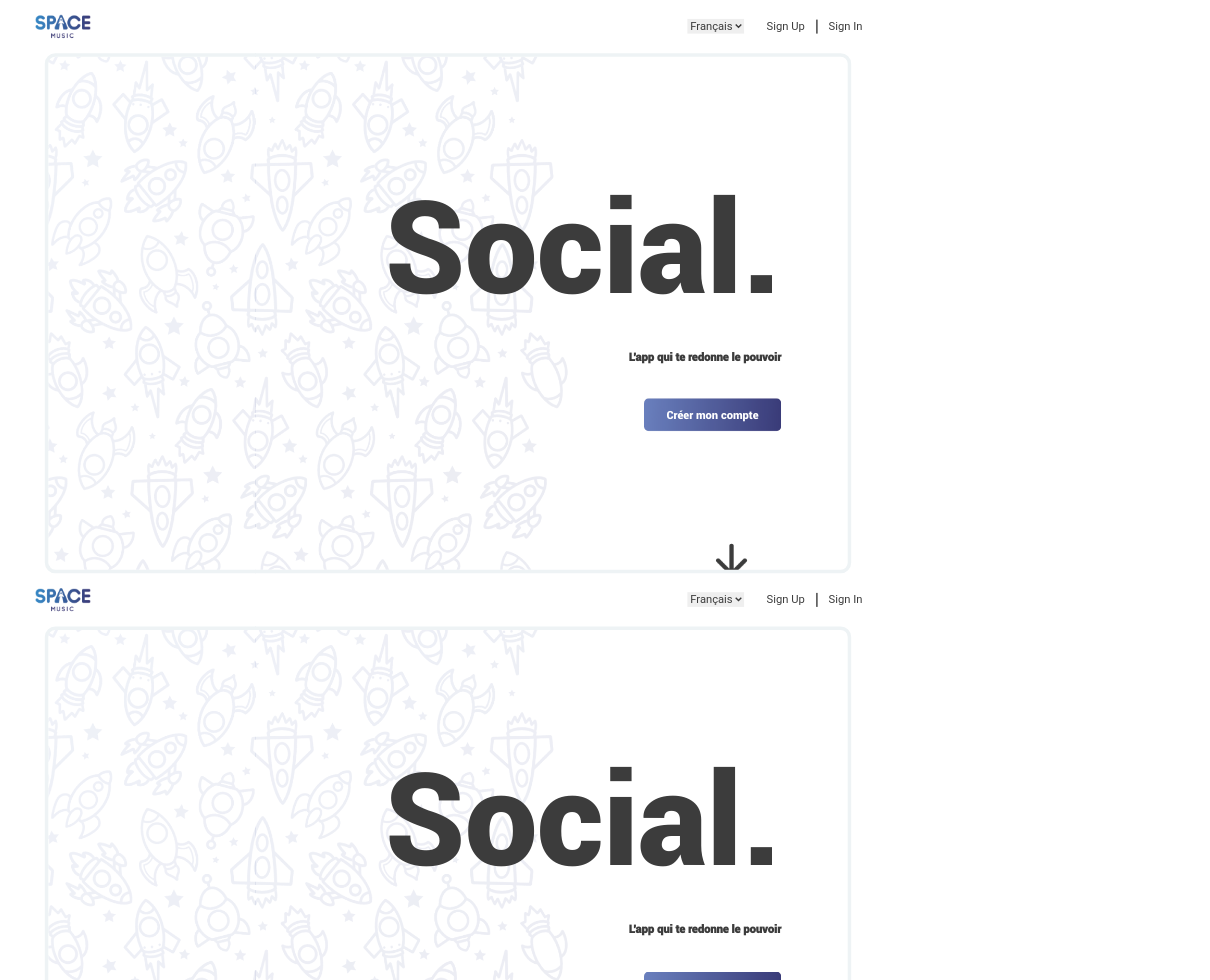
Repository: karalyh/landing-experts
Page: /
An editor plug-in stored every save of this project. The page is shown before and after the next save, followed by the edit.
The browser window is 1280 px wide. The page is 1729 px wide, so the pictures cover 1729 px, including what lies to the right of the window. The pictures show the part of the page from y = 0 to 1400 px (the page is 5176 px tall before and 3028 px after), at 70% of full size.
The project was rebuilt for these pictures with package versions that can differ from the ones it lists, and the page was loaded fresh each time. The framework's server and built-in components were replaced by stand-ins that run in the browser. Also part of the build but not shown: next.config.js.

Above is the page before, as saved 2022-09-23 10:21:13.

### pages/_app.tsx
import '../styles/globals.css'
import '../public/css/circles-animations.css'
import '../public/css/devices-view.css'
import  '@material-tailwind/react';
import type { AppProps } from 'next/app'
import LandingLayout from '../components/LandingLayout'

function MyApp({ Component, pageProps }: AppProps): JSX.Element {
  return (
    <LandingLayout>
      <Component {...pageProps} />
    </LandingLayout>
  )
}

export default MyApp

### pages/index.tsx
import type { NextPage } from 'next'

import NavBar from '../components/Navbar'
import Header from '../components/Header'
import Section1 from '../components/Section1'
import Section2 from '../components/Section2'
import Section3 from '../components/Section3'
import Section4 from '../components/Section4'
import Section5 from '../components/Section5'
import Section6 from '../components/Section6'


const Home: NextPage = () => {
  return (
    <div >
      <NavBar />
      <Header />
      <Section1 />
      <Section2 />
      <Section3 />
      <Section4 />
      <Section5 />
      <Section6 />




    </div>
  )
}

export default Home

### public/css/circles-animations.css
/*--Circles Animations CSS--*/
.main_circle{
  overflow: hidden;
}

.contain_circle{
  width: 49%;
  display: grid;
  grid-template-columns: repeat(12, 1fr);
  justify-content: center;
  align-items: center;
}

.content_circle_stroke{
  grid-column: 1 / 13;
  grid-row: 1;
  width: 100%;
}

.logo_circle_spm{
  grid-column: 6/9;
  grid-row: 1;
  width: 75%;
  transform: translate(11.5%, 32%);
}

.content_circle_ext, .content_circle_mid, .content_circle_int{
  grid-column: 1 / 13;
  grid-row: 1;
  width: 100%;
  height: 100%;
  display: grid;
  grid-template-columns: repeat(12, 1fr);
  animation: rotate_circles_objects 60s infinite;
  animation-timing-function: linear;
}

.content_circle_ext{
  animation-direction: normal;
}

.content_circle_mid{
  width: 76%;
  height: 76%;
  margin-left: 12.5%;
  margin-top: 6.5%;
  animation-duration: 80s;
  animation-direction: reverse;
}

.content_circle_int{
  width: 57.1%;
  height: 57.1%;
  margin-left: 24.7%;
  margin-top: 6.5%;
  animation-duration: 110s;
  animation-direction: normal;
}

.circle_img_profiles, .circle_little_round{}

.circle_img_profiles{}

.circle_little_round{}

.round_pink {
  grid-column: 9;
  grid-row: 1;
  transform: translate(-28%, 95%);
}

.round_orange{
  grid-column: 12;
  grid-row: 6;
  transform: translate(140%, 35%);
}

.round_green{
  grid-column: 5;
  grid-row: 1;
  transform: translate(-50%, 35%);
}

.img_1 {
  grid-column: 3/5;
  grid-row: 1;
  transform: translate(-19%, 0);
}
.img_3 {
  grid-column: 11/13;
  grid-row: 3;
  margin-right: 0;
  margin-left: auto;
  transform: translate(39%, 4%);
}
.img_6 {
  grid-column: 1/4;
  grid-row: 5;
  margin: auto;
  margin-bottom: 0;
  transform: translate(3%, 10%);
}
.img_8 {
  grid-column: 10/13;
  grid-row: 5;
  margin: auto;
  transform: translate(-5%, 25%);
}

.img_2 {
  grid-column: 9/11;
  grid-row: 2;
  transform: translate(35%, -68%);
}
.img_7 {
  grid-column: 7/9;
  grid-row: 7;
  transform: translate(-18%, 93%);
}

.img_4 {
  grid-column: 1/3;
  grid-row: 4;
  transform: translate(-35%, -65%);
}
.img_5 {
  grid-column: 9/11;
  grid-row: 5;
  transform: translate(70%, 20%);
}

@keyframes rotate_circles_objects {
  0%{
    transform: rotateZ(0deg);
    transform-origin: 50% 50%;
  }
  100%{
    transform: rotateZ(360deg);
    transform-origin: 50% 50%;
  }
}

### public/css/devices-view.css
.content_main_devices_view{
  overflow: hidden;
  min-height: initial;
  margin-top: 5%;
  margin-bottom:5%;

}

.content_devices_view {
  width: 60%;
  height: auto;
  margin: auto;
  display: grid;
  grid-template-columns: repeat(12, 1fr);
  grid-template-rows: repeat(4, 1fr);
}

.svg_devices_circles {
  width: 100%;
  height: 100%;
  grid-column: 1 / 13;
  grid-row: 1 / 5;
  overflow: visible;
}

.svg_devices_circles circle {
  animation: floating_devices_circles_v1 50s infinite;
  animation-timing-function: ease-in-out;
}

.svg_devices_circles circle:nth-child(2) {
  animation: floating_devices_circles_v1 40s infinite;
  animation-timing-function: ease-in-out;
}

.svg_devices_circles circle:nth-child(3) {
  animation: floating_devices_circles_v2 35s infinite;
  animation-timing-function: ease-in-out;
}

.device-computer{
  grid-column: 2 / 12;
  grid-row: 1 / 5;
  width: 100%;
  height: 83%;
  margin-top: 10%;
  background-image: url('../imgs/devices-view/rectangle-8.png');
  background-repeat: no-repeat;
  background-size: 100%;
  border-radius: 23.86px;
  border-width: 5.96px;
}

.device-phone{
  grid-column: 9 / 12;
  grid-row: 2 / 5;
  width: 90%;
  height: 100%;
  box-shadow: 11.92868709564209px 15.507293701171875px 17.893030166625977px 0 rgba(245,238,244,0.8);
  background-image: url('../imgs/devices-view/rectangle-9.png');
  background-repeat: no-repeat;
  background-size: 100%;
  border-radius: 23.86px;
  border-width: 5.96px;
  margin-top: 35%;
  margin-left: 40%;
}

@keyframes floating_devices_circles_v1 {
  0%{
    transform: translate(0%, 0%);
    transform-origin: 50% 50%;
  }
  20%{
    transform: translate(2%, -1%);
    transform-origin: 50% 50%;
  }
  40%{
    transform: translate(-1%, -2%);
    transform-origin: 50% 50%;
  }
  60%{
    transform: translate(-2%, 1%);
    transform-origin: 50% 50%;
  }
  80%{
    transform: translate(-3%, 2%);
    transform-origin: 50% 50%;
  }
  100%{
    transform: translate(0%, 0%);
    transform-origin: 50% 50%;
  }
}

@keyframes floating_devices_circles_v2 {
  0%{
    transform: translate(0%, 0%);
    transform-origin: 50% 50%;
  }
  20%{
    transform: translate(-1%, 2%);
    transform-origin: 50% 50%;
  }
  40%{
    transform: translate(2%, 1%);
    transform-origin: 50% 50%;
  }
  60%{
    transform: translate(-3%, 3%);
    transform-origin: 50% 50%;
  }
  80%{
    transform: translate(-2%, 1%);
    transform-origin: 50% 50%;
  }
  100%{
    transform: translate(0%, 0%);
    transform-origin: 50% 50%;
  }
}
/*--Fin Devices View CSS--*/

### components/LandingLayout.tsx
import Footer from "./Footer";
import Header from "./Header";
import Navbar from "./Navbar";
import  '@material-tailwind/react';
export default function  LandingLayout ({ children }: any){
    return (
        <div>
        <div className="flex flex-col">
           <Navbar />
            <Header />
            { children }
            <Footer />
        </div>
        </div>
    )
}

### components/Navbar.tsx
import Head from 'next/head'
import Image from 'next/image';

export default function NavBar() {

    return (
        <div className=''>
            <Head>
                <title>Space music</title>
                <meta name="description" content="Generated by create next app" />
                <link rel="icon" href="/favicon.ico" />
            </Head>



           <div className="content_head">
      <div className="container_logos">
        <img className="logo" src="imgs/spacemusic_logo-1.png" alt="Space Music Logo" />
        <img className="logo" src="imgs/spacemusic_logo-2.png" alt="Space Music Logo" />
        <img className="logo" src="imgs/spacemusic_logo-3.png" alt="Space Music Logo" />
        <img className="logo" src="imgs/spacemusic_logo-4.png" alt="Space Music Logo" />
      </div>

      <section className="content_sign_lng">
        <div className="contain_lng">
          <select className="select_lng" name="select_lng">
            <option value="Français">Français</option>
            <option value="Anglais">Anglais</option>
          </select>
        </div>
        <div className="contain_sign">
          <a href="#">Sign Up</a>
          <div className="separate"></div>
          <a href="#">Sign In</a>
        </div>
      </section>
    </div>
        </div>
    )
}

### components/Header.tsx
import Image from 'next/image';
import styles from '../styles/Header.module.css'



export default function Header() {

    return (
        <section className="content_pattern_texts">

        <div className="contain_texts">
          <div className="slogans">
            <h3 id="big_slogan" className='big_slogan'>Bigger.</h3>
            <h3 id="big_slogan" className='big_slogan'>Better.</h3>
            <h3 id="big_slogan" className='big_slogan'>Social.</h3>
            <h3 id="big_slogan" className='big_slogan'>Music.</h3>
            <h4 className='little_slogan'>L'app qui te redonne le pouvoir</h4>
          </div>

          <button className="btn_signup">
            <i className='bg bg_1'></i>
            <i className='bg bg_2'></i>
            <i className='bg bg_3'></i>
            <i className='bg bg_4'></i>
            <em>Créer mon compte</em>
          </button>

          <button className="btn_btm_arrow"><img src="imgs/arrow_1.png" /></button>
        </div>

        <div className="contain_pattern">
          <img src="imgs/pattern-rockets.png" alt="Pattern Rockets" />
        </div>

      </section>
           )
}

### components/Section1.tsx
import Image from 'next/image';
export default function Section1() {

    return (
        <div className='border-5'>
        <section className="content_main_devices_view">

            <div className="content_devices_view">
            <svg width="1102" height="787" viewBox="0 0 1102 787" fill="none" xmlns="http://www.w3.org/2000/svg" className="svg_devices_circles" preserveAspectRatio="none">
                <circle cx="262.531" cy="646" r="262" fill="#7EC290" fill-opacity="0.54"></circle>
                <circle cx="905" cy="212" r="197" fill="#F48F1F" fill-opacity="0.3"></circle>
                <circle cx="728.5" cy="34.5" r="34.5" fill="#E52125" fill-opacity="0.39"></circle>
            </svg>

            <div className="device-computer">

            </div>

            <div className="device-phone">

            </div>
            </div>

</section>
        </div>
           )
}

### components/Section2.tsx
import Image from 'next/image';


export default function Section2() {

    return (
        <>
            <section className='static'>
                <div className='absolute left-[265px] top-[2129px]'>
                <h1 className='font-roboto text-5xl font-black leading-[56.25px]'>Qu’est ce que Space Music ?</h1>

                </div>
                <div
                    className='
                    flex flex-row justify-center items-center p-[0px 15px] gap-5 absolute
                    w-[1728px] h-[742.7px] top-[2285px] left-px overflow-x-scroll border-black'
                >
                    {/* block du milieu */}
                    <div className="absolute w-[701.5px] h-[742.7px] left-[513.25px] top-0 bg-[url('/images/Rectangle-2.png')] rounded-[26.1767px]">
                        <h1 className="w-[614.9px] h-[25px] font-serif-[roboto] font-black text-[25.4118px] leading-[98.69%] items-center flex text-white">Plus qu’une révolution ...</h1>
                        <p className="
                        w-[614.9px] h-[25px] font-[roboto] font-black text-[25.4118px]
                        leading-[98.69%] items-center flex text-white self-stretch grow-0 order-1 flex-none
                        ">Praesent finibus velit dui, ac aliquet arcu ultrices id. Vivamus ac varius risus. Nullam
                            vestibulum mauris a quam tincidunt, non lacinia erat auctor. Morbi nec placerat enim. Donec
                            id diam ut ligula maximus pharetra eget vel augue. Sed faucibus magna eget augue hendrerit,
                            et tincidunt enim mattis. Nunc venenatis massa vel enim condimentum, maximus fermentum augue
                            egestas.
                        </p>
                    </div>
                </div>
           </section>
        </>
           )
}

### components/Section3.tsx
import Image from 'next/image';


export default function Section3() {

    return (
        <div>
            <div className=''>


  <section className="main_circle">

            <div className="contain_circle mt-[7%]">

              <svg viewBox="0 0 941 942" fill="none" xmlns="http://www.w3.org/2000/svg" className="content_circle_stroke" preserveAspectRatio="none">
                <circle cx="470.27" cy="471.256" r="467.701" stroke="#EEF3F5" stroke-width="5.13815"></circle>
                <circle cx="474.479" cy="501.926" r="356.448" stroke="#F5EEF4" stroke-width="5.13815"></circle>
                <circle cx="500.94" cy="501.926" r="265.04" stroke="#EEF5EF" stroke-width="5.13815"></circle>
              </svg>

              <img src="imgs/spacemusic_logo-retro-1.png" className="logo_circle_spm"/>

              <div className="content_circle_ext">
                <img className="circle_img_profiles img_1" src="imgs/circles-animations/ellipse-4.png" />
                <img className="circle_img_profiles img_3" src="imgs/circles-animations/ellipse-10.png" />
                <img className="circle_img_profiles img_6" src="imgs/circles-animations/ellipse-6.png" />
                <img className="circle_img_profiles img_8" src="imgs/circles-animations/ellipse-5.png" />

                <svg width="22" height="22" viewBox="0 0 22 22" fill="none" xmlns="http://www.w3.org/2000/svg" className="circle_little_round round_pink" preserveAspectRatio="xMidYMid meet">
                  <circle cx="11" cy="11" r="11" fill="#E3077E"></circle>
                </svg>
              </div>

              <div className="content_circle_mid">
                <img className="circle_img_profiles img_2" src="imgs/circles-animations/ellipse-7.png" />
                <img className="circle_img_profiles img_7" src="imgs/circles-animations/ellipse-8.png" />

                <svg width="22" height="22" viewBox="0 0 22 22" fill="none" xmlns="http://www.w3.org/2000/svg" className="circle_little_round round_orange" preserveAspectRatio="xMidYMid meet">
                  <circle cx="11" cy="11" r="11" fill="#F48E1F"></circle>
                </svg>
              </div>

              <div className="content_circle_int">
                <img className="circle_img_profiles img_4" src="imgs/circles-animations/ellipse-9.png" />
                <img className="circle_img_profiles img_5" src="imgs/circles-animations/ellipse-11.png" />

                <svg width="22" height="23" viewBox="0 0 22 23" fill="none" xmlns="http://www.w3.org/2000/svg" className="circle_little_round round_green" preserveAspectRatio="xMidYMid meet">
                  <circle cx="11" cy="11.9863" r="11" fill="#7EC290"></circle>
                </svg>
              </div>

            </div>

<div className="mt-[-30%] px-20 mb-[25%] ml-[48%] text-left">
                                <h1 className='font-black text-[48px] font-roboto'>Plus qu’une révolution ...</h1>
                                <p className='font-black text-[16px] font-roboto mt-4'>Praesent finibus velit dui, ac aliquet arcu ultrices id. Vivamus ac varius <br /> risus. Nullam vestibulum mauris a quam tincidunt, non lacinia erat auctor. <br />  Morbi nec placerat enim.
                               </p>
                                <p className='font-black text-[16px] font-roboto mt-4'>  Donec id diam ut ligula maximus pharetra eget vel augue. <br /> Sed faucibus magna eget augue hendrerit, et tincidunt enim mattis.
                                Nunc <br />venenatis massa vel enim condimentum, maximus fermentum
                                augue <br />egestas.</p>
                           </div>
  </section>




            </div>
        </div>
           )
}

### components/Section4.tsx
import Image from 'next/image';
import TabsRender from './Tabs';


export default function Section4() {

    return (

      <><>
        <TabsRender />
      </>
      {/* <div className='border'>
          <div className=" top-[2900px] left-[350px]">
            <div className="justify-center items-centerr">
              <h1 className='text-[#1fa6a3] text-6xl font-roboto'>Créateurs & Professionnels</h1>

            </div>
          </div>

          <div className=" top-[2900px] left-[1400px]">
            <div className="justify-center items-centerr">
              <h1 className='text-[#d8d8d8] font-black text-6xl font-roboto'>Auditeurs</h1>
            </div>
          </div>

          <div className=" top-[3200px] left-[400px]">
            <div className="justify-center items-centerr">
              <h1 className='text-[#1fa6a3] font-black text-3xl font-roboto'><span>-  </span>Gagne des KORD</h1>
            </div>
            <div className="justify-center items-centerr mt-4">
              <h1 className='text-[#1fa6a3] font-black text-3xl font-roboto'><span className='text-[#d8d8d8]'>+  </span>Importe tous tes médias gratuitement et sans <br /> limites en HD</h1>
            </div>
            <div className=" justify-center items-centerr  mt-4">
              <h1 className='text-[#1fa6a3] font-black text-3xl font-roboto'><span className='text-[#d8d8d8]'>+  </span>Ta communauté est ta réussite</h1>
            </div>
            <div className=" justify-center items-centerr  mt-4">
              <h1 className='text-[#1fa6a3] font-black text-3xl font-roboto'><span className='text-[#d8d8d8]'>+ </span>Créer un réseaux professionnel</h1>
            </div>
          </div>


          <div className=" top-[3000px] left-[1097px]">
            <Image
              src="/images/bannerF.png"
              height={462}
              width={582}
              alt="Your Name"
              className='' />
            <div className=" top-[250px] left-[10px] justify-center items-centerr">
              <p className='text-white text-1xl font-roboto'>
                Praesent finibus velit dui, ac aliquet arcu ultrices id.Vivamus <br /> ac varius risus. Nullam vestibulum mauris a quam tincidunt,
                non lacinia erat <br /> auctor. Morbi nec placerat enim.
              </p>
              <p className='text-white text-1xl font-roboto mt-4'>
                Donec id diam ut ligula maximus pharetra eget vel augue.<br />
                Sed faucibus magna eget augue hendrerit, et tincidunt enim mattis.<br /> Nunc venenatis massa vel enim condimentum, maximus fermentum <br /> augue egestas.
              </p>

            </div>


          </div>
        </div> */}
        </>
           )
}

### components/Section6.tsx
import Image from 'next/image';


export default function Section6() {

    return (
        <div className='flex'>
          <div className=' w-2/12'></div>
           <div className=" mt-36 bg-[url('/images/banner3.png')] bg-cover bg-center  mb-28 rounded-3xl border-solid border-8 border-color " >

                 <div className="py-5 text-center ">
                    <h1 className='font-black text-5xl leading-[56px] font-roboto'>Partenaires & Concours</h1>
                </div>
                 <div className="flex flex-row mx-5 ">
                   <div className="grid grid-flow-col auto-rows-max mix-blend-luminosity grayscale items-center">
                        <div className='left-[200px] mix-blend-luminosity grayscale '>
                             <Image
                             src="/images/logo-cic.png"
                             height={60}
                             width={132}
                             alt="Your Name"
                             className=''
                               />
                        </div>
                        <div className='ml-6 mix-blend-luminosity inline-block'>
                            <Image
                             src="/images/logo-sb.png"
                             height={20}
                             width={221}
                             alt="Your Name"
                             className=''

                               />
                       </div>
                       <div className='ml-6 mix-blend-luminosity'>
                            <Image
                             src="/images/logo-ho.png"
                             height={20}
                             width={130}
                             alt="Your Name"
                             className=''

                               />
                       </div>
                        <div className='ml-6 mix-blend-luminosity'>
                            <Image
                             src="/images/logo-gb.png"
                             height={86}
                             width={168}
                             alt="Your Name"
                             className=''

                               />
                       </div>
                        <div className='ml-6 mix-blend-luminosity'>
                            <Image
                             src="/images/logo-tech.png"
                             height={75}
                             width={85}
                             alt="Your Name"
                             className=''

                               />
                       </div>
                       <div className='ml-6 mix-blend-luminosity'>
                            <Image
                             src="/images/logo-qo.png"
                             height={92}
                             width={120}
                             alt="Your Name"
                             className=''

                               />
                       </div>
                  </div>
                </div>
                 <div className=" mx-5 py-5  ">
                   <div className="flex flex-row auto-rows-max mix-blend-luminosity grayscale items-center">
                              <div  className='ml-6  w-4/12'></div>

                              <div className='ml-6 '>
                                  <Image
                                  src="/images/logo-pa.png"
                                  height={51}
                                  width={109}
                                  alt="Your Name"
                                  className=''

                                    />
                              </div>

                              <div className='ml-6 '>
                                    <Image
                                    src="/images/logo-canafran.png"
                                    height={53}
                                    width={148}
                                    alt="Your Name"
                                    className=''

                                      />
                              </div>

                             <div className='ml-6  w-4/12'></div>



                       </div>
                 </div>


            </div>
            <div className=' w-2/12'></div>
        </div>
           )
}

Loaded but not shown: tailwind.config.js (24 lines, source omitted); components/Footer.tsx (88 lines, source omitted); styles/globals.css (590 lines, source omitted); components/Section5.tsx (127 lines, source omitted); components/Tabs.tsx (139 lines, source omitted)

After the next save:
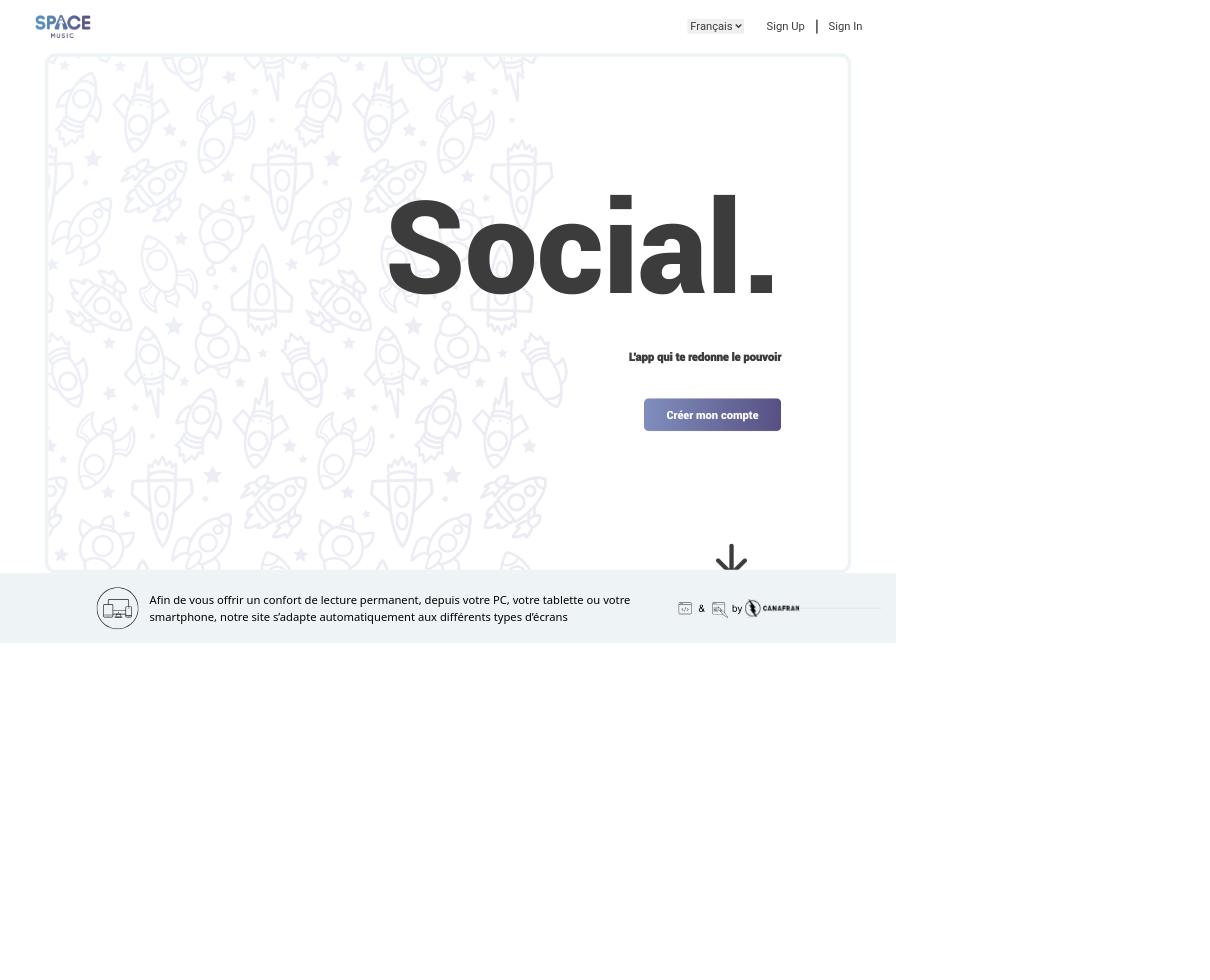
Saved 14 min 12 s later.
--- a/pages/index.tsx
+++ b/pages/index.tsx
@@ -13,14 +13,14 @@ import Section6 from '../components/Section6'
 const Home: NextPage = () => {
   return (
     <div >
-      <NavBar />
+      {/* <NavBar />
       <Header />
-      <Section1 />
+      <Section1 /> */}
       <Section2 />
-      <Section3 />
+      {/* <Section3 />
       <Section4 />
       <Section5 />
-      <Section6 />
+      <Section6 /> */}
 
 
 
